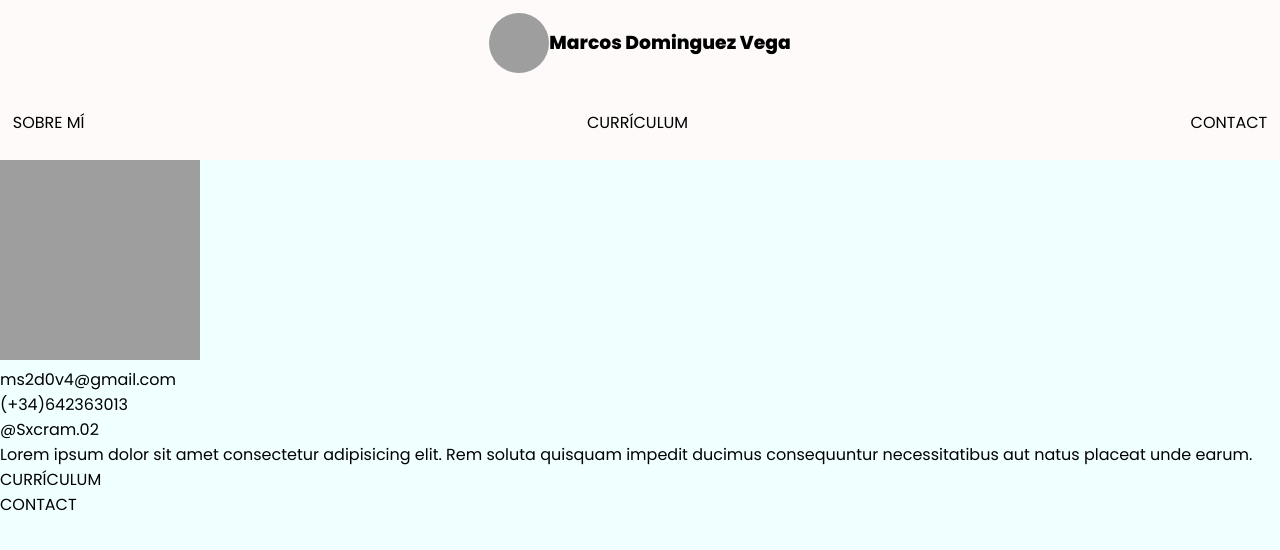
Repository: Sxcram02/Portfoliov.2
Page: index.html
An editor plug-in stored every save of this project. The page is shown before and after the next save, followed by the edit.
The browser window is 1280 px wide. The pictures show the whole page.
Pictures or frames that could not be fetched are drawn as grey boxes.

Above is the page before, as saved 2023-04-10 23:50:27.

### index.html
<!DOCTYPE html>
<html lang="en">
<head>
    <meta charset="UTF-8">
    <meta http-equiv="X-UA-Compatible" content="IE=edge">
    <meta name="viewport" content="width=device-width, initial-scale=1.0">
    <link rel="stylesheet" href="css/style.css" />
    <link rel="shortcut icon" href="https://picsum.photo/160" type="image/x-icon" />
    <title>miPortFolio</title>
</head>
<body>
    <div class="root">
        <header>
            <div class="box-porfile">
                <img src="https://picsum.photos/200" alt="porfile" />
                <h3 class="name">Marcos Dominguez Vega</h3>
            </div>
            <nav>
                <ul class="nav-bar">
                    <li>SOBRE MÍ</li>
                    <li>CURRÍCULUM</li>
                    <li>CONTACT</li>
                </ul>
            </nav>
        </header>
        <main>
            <section class="sobreMi">
                <article class="box-image">
                    <img src="https://picsum.photos/200" alt="porfile" />
                    <ul class="redes">
                        <li>ms2d0v4@gmail.com</li>
                        <li>(+34)642363013</li>
                        <li>@Sxcram.02</li>
                    </ul>
                </article>
                <article class="info">
                    <p>Lorem ipsum dolor sit amet consectetur adipisicing elit. Rem soluta quisquam impedit ducimus consequuntur necessitatibus aut natus placeat unde earum.</p>
                    <ul class="nav-bar2">
                        <li>CURRÍCULUM</li>
                        <li>CONTACT</li>
                    </ul>
                </article>
            </section>
        </main>
    </div>
</body>
</html>

### css/style.css
@import url('https://fonts.googleapis.com/css2?family=Poppins:ital,wght@0,400;0,500;0,600;0,800;0,900;1,400&display=swap');

* {
    margin: 0;
    padding: 0;
    box-sizing: border-box;
    font-family: 'Poppins',sans-serif;
    list-style: none;
}

.root {
    width: 100vw;
    height: 100vh;
    background-color: azure;
}

header {
    width: 100%;
    height: 10em;
    padding: 1%;
    background-color: snow;
    display: flex;
    flex-direction: column;
    align-items: center;
}

.box-porfile {
    display: flex;
    align-items: center;
    text-align: center;
}

.box-porfile > img {
    width: 60px;
    height: 60px;
    border-radius: 100%;
}

nav {
    width: 100%;
    margin-top: 3%;
}

.nav-bar {
    display: flex;
    align-items: center;
    justify-content: space-between;
}

After the next save:
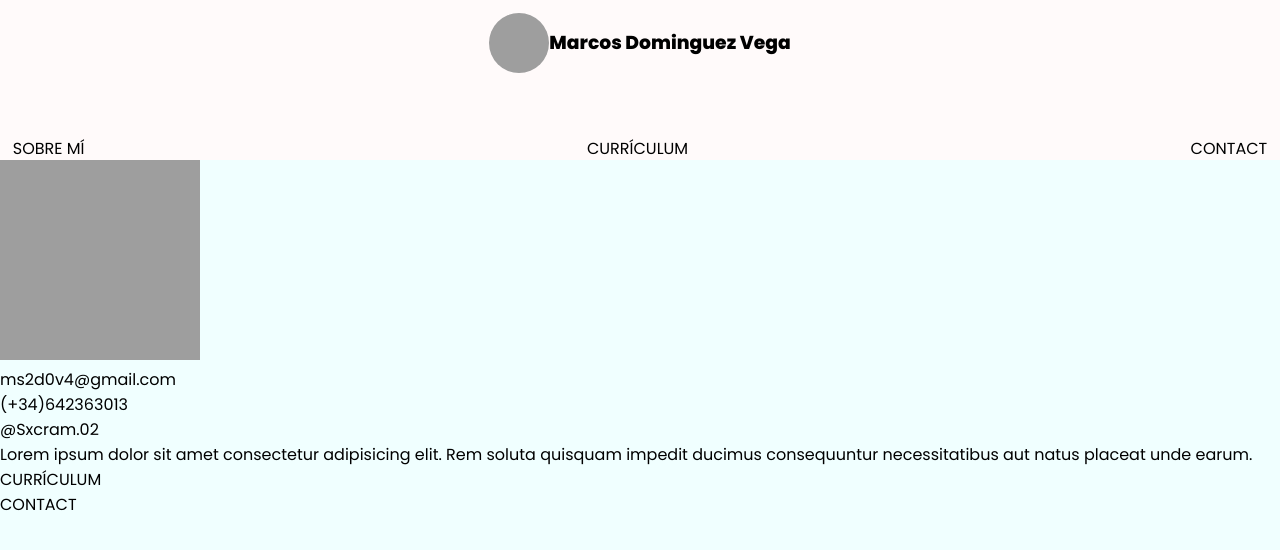
Saved 11 s later.
--- a/css/style.css
+++ b/css/style.css
@@ -38,7 +38,7 @@ header {
 
 nav {
     width: 100%;
-    margin-top: 3%;
+    margin-top: 5%;
 }
 
 .nav-bar {
